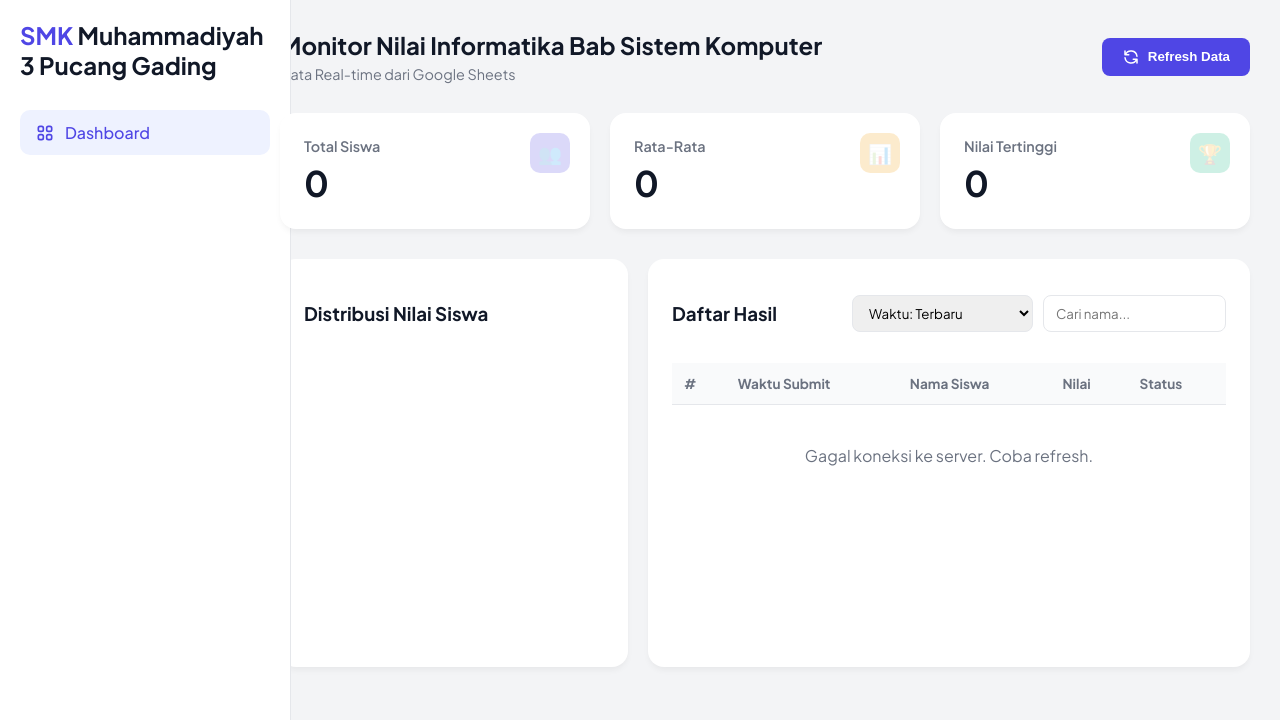
Repository: smkmutipugademak/dashboardnilaiasesmenformatif
Page: dashboard.html
The author's editor kept a copy of each file at every save. The page is drawn from the files as they stood at one save, then again after the next save.
The browser window is 1280 px wide. The pictures show the whole page.
The page's requests for data from a server got no answer.

Above is the page before, as saved 2025-12-07 08:07:18.

### dashboard.html
<!DOCTYPE html>
<html lang="id">

<head>
    <meta charset="UTF-8">
    <meta name="viewport" content="width=device-width, initial-scale=1.0">
    <title>Dashboard Monitoring Asesmen Formatif Sistem Komputer</title>

    <link href="https://fonts.googleapis.com/css2?family=Plus+Jakarta+Sans:wght@400;500;600;700&display=swap"
        rel="stylesheet">

    <script src="https://cdn.jsdelivr.net/npm/chart.js"></script>

    <link rel="stylesheet" href="dashboard.css">
</head>

<body>

    <nav class="sidebar">
        <div class="logo">
            <h2>SMK <span>Muhammadiyah 3 Pucang Gading</span></h2>
        </div>
        <div class="menu-item active">
            <svg width="20" height="20" fill="none" stroke="currentColor" viewBox="0 0 24 24">
                <path stroke-linecap="round" stroke-linejoin="round" stroke-width="2"
                    d="M4 6a2 2 0 012-2h2a2 2 0 012 2v2a2 2 0 01-2 2H6a2 2 0 01-2-2V6zM14 6a2 2 0 012-2h2a2 2 0 012 2v2a2 2 0 01-2 2h-2a2 2 0 01-2-2V6zM4 16a2 2 0 012-2h2a2 2 0 012 2v2a2 2 0 01-2 2H6a2 2 0 01-2-2v-2zM14 16a2 2 0 012-2h2a2 2 0 012 2v2a2 2 0 01-2 2h-2a2 2 0 01-2-2v-2z">
                </path>
            </svg>
            Dashboard
        </div>
    </nav>

    <main class="main-content">
        <header class="top-bar">
            <div>
                <h1>Monitor Nilai Informatika Bab Sistem Komputer</h1>
                <p class="subtitle">Data Real-time dari Google Sheets</p>
            </div>
            <button class="btn-refresh" onclick="loadData()">
                <svg width="18" height="18" fill="none" stroke="currentColor" viewBox="0 0 24 24">
                    <path stroke-linecap="round" stroke-linejoin="round" stroke-width="2"
                        d="M4 4v5h.582m15.356 2A8.001 8.001 0 004.582 9m0 0H9m11 11v-5h-.581m0 0a8.003 8.003 0 01-15.357-2m15.357 2H15">
                    </path>
                </svg>
                Refresh Data
            </button>
        </header>

        <div class="stats-container">
            <div class="card stat-card">
                <div class="stat-title">Total Siswa</div>
                <div class="stat-value" id="totalSiswa">0</div>
                <div class="stat-icon bg-blue">👥</div>
            </div>
            <div class="card stat-card">
                <div class="stat-title">Rata-Rata</div>
                <div class="stat-value" id="rataRata">0</div>
                <div class="stat-icon bg-orange">📊</div>
            </div>
            <div class="card stat-card">
                <div class="stat-title">Nilai Tertinggi</div>
                <div class="stat-value" id="nilaiTertinggi">0</div>
                <div class="stat-icon bg-green">🏆</div>
            </div>
        </div>

        <div class="content-grid">

            <div class="card chart-section">
                <h3>Distribusi Nilai Siswa</h3>
                <div class="chart-wrapper">
                    <canvas id="scoreChart"></canvas>
                </div>
            </div>

            <div class="card table-section">
                <div class="table-header">
                    <h3>Daftar Hasil </h3>
                    <div class="controls">
                        <select id="sortFilter" onchange="applySort()">
                            <option value="time_desc">Waktu: Terbaru</option>
                            <option value="time_asc">Waktu: Terlama (Awal)</option>
                            <option value="score_desc">Nilai: Tertinggi</option>
                            <option value="score_asc">Nilai: Terendah</option>
                        </select>
                        <input type="text" id="searchInput" placeholder="Cari nama..." onkeyup="applySearch()">
                    </div>
                </div>

                <div class="table-responsive">
                    <table id="resultTable">
                        <thead>
                            <tr>
                                <th>#</th>
                                <th>Waktu Submit</th>
                                <th>Nama Siswa</th>
                                <th>Nilai</th>
                                <th>Status</th>
                            </tr>
                        </thead>
                        <tbody id="tableBody">
                        </tbody>
                    </table>
                    <div id="loading" class="loading-state">Sedang memuat data...</div>
                    <div id="empty" class="empty-state" style="display:none;">Belum ada data.</div>
                </div>
            </div>
        </div>
    </main>

    <script src="dashboard.js"></script>
</body>

</html>

### dashboard.css
:root {
    --primary: #4f46e5;
    --primary-dark: #4338ca;
    --bg-body: #f3f4f6;
    --bg-card: #ffffff;
    --text-main: #111827;
    --text-muted: #6b7280;
    --border: #e5e7eb;
    --success: #10b981;
    --warning: #f59e0b;
    --danger: #ef4444;
}

body {
    font-family: 'Plus Jakarta Sans', sans-serif;
    background-color: var(--bg-body);
    color: var(--text-main);
    margin: 0;
    display: flex;
    min-height: 100vh;
}

/* Sidebar */
.sidebar {
    width: 250px;
    background: var(--bg-card);
    border-right: 1px solid var(--border);
    padding: 20px;
    display: flex;
    flex-direction: column;
    position: fixed;
    height: 100%;
}

.logo h2 {
    color: var(--primary);
    margin: 0 0 30px 0;
}

.logo span {
    color: var(--text-main);
}

.menu-item {
    padding: 12px 15px;
    border-radius: 10px;
    cursor: pointer;
    display: flex;
    align-items: center;
    gap: 10px;
    color: var(--text-muted);
    font-weight: 500;
    transition: all 0.2s;
}

.menu-item.active,
.menu-item:hover {
    background: #eef2ff;
    color: var(--primary);
}

/* Main Content */
.main-content {
    flex: 1;
    margin-left: 250px;
    padding: 30px;
}

.top-bar {
    display: flex;
    justify-content: space-between;
    align-items: center;
    margin-bottom: 30px;
}

.top-bar h1 {
    margin: 0;
    font-size: 1.5rem;
}

.subtitle {
    color: var(--text-muted);
    margin: 5px 0 0 0;
    font-size: 0.9rem;
}

.btn-refresh {
    background: var(--primary);
    color: white;
    border: none;
    padding: 10px 20px;
    border-radius: 8px;
    font-weight: 600;
    cursor: pointer;
    display: flex;
    align-items: center;
    gap: 8px;
    transition: 0.2s;
}

.btn-refresh:hover {
    background: var(--primary-dark);
}

/* Stats */
.stats-container {
    display: grid;
    grid-template-columns: repeat(auto-fit, minmax(200px, 1fr));
    gap: 20px;
    margin-bottom: 30px;
}

.card {
    background: var(--bg-card);
    border-radius: 16px;
    padding: 24px;
    box-shadow: 0 4px 6px -1px rgba(0, 0, 0, 0.05);
}

.stat-card {
    position: relative;
    overflow: hidden;
}

.stat-title {
    color: var(--text-muted);
    font-size: 0.9rem;
    font-weight: 600;
}

.stat-value {
    font-size: 2.2rem;
    font-weight: 700;
    margin-top: 5px;
    color: var(--text-main);
}

.stat-icon {
    position: absolute;
    right: 20px;
    top: 20px;
    width: 40px;
    height: 40px;
    border-radius: 10px;
    display: flex;
    align-items: center;
    justify-content: center;
    font-size: 1.2rem;
    opacity: 0.2;
}

.bg-blue {
    background: var(--primary);
    color: var(--primary);
}

.bg-orange {
    background: var(--warning);
    color: var(--warning);
}

.bg-green {
    background: var(--success);
    color: var(--success);
}

/* Grid Chart & Table */
.content-grid {
    display: grid;
    grid-template-columns: 1fr 2fr;
    /* Chart 1 bagian, Tabel 2 bagian */
    gap: 20px;
}

@media (max-width: 1000px) {
    .content-grid {
        grid-template-columns: 1fr;
    }

    .sidebar {
        display: none;
    }

    .main-content {
        margin-left: 0;
    }
}

/* Chart */
.chart-wrapper {
    position: relative;
    height: 300px;
    width: 100%;
}

/* Table */
.table-header {
    display: flex;
    justify-content: space-between;
    align-items: center;
    margin-bottom: 20px;
    flex-wrap: wrap;
    gap: 15px;
}

.controls {
    display: flex;
    gap: 10px;
}

.controls select,
.controls input {
    padding: 8px 12px;
    border: 1px solid var(--border);
    border-radius: 8px;
    font-family: inherit;
    outline: none;
}

table {
    width: 100%;
    border-collapse: collapse;
}

th {
    text-align: left;
    padding: 12px;
    color: var(--text-muted);
    font-size: 0.85rem;
    border-bottom: 1px solid var(--border);
    background: #f9fafb;
}

td {
    padding: 16px 12px;
    border-bottom: 1px solid var(--border);
    font-size: 0.95rem;
}

/* Badge Nilai */
.badge {
    padding: 4px 10px;
    border-radius: 20px;
    font-size: 0.8rem;
    font-weight: 700;
}

.badge-pass {
    background: #d1fae5;
    color: #065f46;
}

.badge-fail {
    background: #fee2e2;
    color: #991b1b;
}

.loading-state,
.empty-state {
    text-align: center;
    padding: 40px;
    color: var(--text-muted);
}

### dashboard.js
// ==========================================
// KONFIGURASI
// ==========================================
// Paste URL Google Apps Script Bapak di sini:
const API_URL = "https://script.google.com/macros/s/AKfycbwCPLNZcQ-7rjg74-pfTkrodI_srdDcAbno6ccI1kWK7CsCMqtT2Rxt4WJLOvhmm1Ol/exec";

let rawData = []; // Menyimpan data mentah dari server
let chartInstance = null; // Menyimpan instance grafik

// Saat halaman dimuat
document.addEventListener('DOMContentLoaded', () => {
    loadData();
});

// ==========================================
// FUNGSI UTAMA: LOAD DATA
// ==========================================
async function loadData() {
    const loading = document.getElementById('loading');
    const empty = document.getElementById('empty');
    const tableBody = document.getElementById('tableBody');

    // Reset UI
    tableBody.innerHTML = '';
    loading.style.display = 'block';
    empty.style.display = 'none';

    try {
        // Fetch data dengan timestamp agar tidak dicache browser
        const response = await fetch(`${API_URL}?t=${new Date().getTime()}`);
        const data = await response.json();

        loading.style.display = 'none';

        if (!data || data.length === 0) {
            empty.style.display = 'block';
            updateStats([]);
            return;
        }

        // Simpan data ke variabel global & Bersihkan format nilai
        rawData = data.map(item => {
            // Bersihkan tanda kutip pada nilai jika ada ("'80" -> 80)
            let cleanScore = parseInt(item.nilai.toString().replace(/['"]/g, ''));
            return {
                waktu: new Date(item.waktu),
                nama: item.nama,
                nilai: isNaN(cleanScore) ? 0 : cleanScore
            };
        });

        // Jalankan fungsi-fungsi render
        updateStats(rawData);
        renderChart(rawData);
        applySort(); // Ini akan memanggil renderTable juga

    } catch (error) {
        console.error("Error:", error);
        loading.innerHTML = "Gagal koneksi ke server. Coba refresh.";
    }
}

// ==========================================
// LOGIKA SORTING & FILTER
// ==========================================
function applySort() {
    const sortValue = document.getElementById('sortFilter').value;
    let sortedData = [...rawData]; // Copy array agar master data tidak rusak

    // Logika Pengurutan
    sortedData.sort((a, b) => {
        if (sortValue === 'time_desc') return b.waktu - a.waktu; // Terbaru
        if (sortValue === 'time_asc') return a.waktu - b.waktu;  // Terlama (Tercepat submit)
        if (sortValue === 'score_desc') return b.nilai - a.nilai; // Nilai Tinggi
        if (sortValue === 'score_asc') return a.nilai - b.nilai;  // Nilai Rendah
    });

    applySearch(sortedData);
}

function applySearch(dataToRender = null) {
    const query = document.getElementById('searchInput').value.toLowerCase();

    // Jika dataToRender null, berarti dipanggil langsung dari input search, ambil dari rawData yg sudah disort
    let sourceData = dataToRender || rawData;

    // Namun untuk konsistensi sorting saat search, kita panggil sort dulu
    if (!dataToRender) {
        const sortValue = document.getElementById('sortFilter').value;
        sourceData = [...rawData].sort((a, b) => {
            if (sortValue === 'time_desc') return b.waktu - a.waktu;
            if (sortValue === 'time_asc') return a.waktu - b.waktu;
            if (sortValue === 'score_desc') return b.nilai - a.nilai;
            if (sortValue === 'score_asc') return a.nilai - b.nilai;
        });
    }

    const filtered = sourceData.filter(item => item.nama.toLowerCase().includes(query));
    renderTable(filtered);
}

// ==========================================
// RENDER TABEL
// ==========================================
function renderTable(data) {
    const tableBody = document.getElementById('tableBody');
    tableBody.innerHTML = '';

    data.forEach((row, index) => {
        const tr = document.createElement('tr');

        // Format Waktu: 07 Des, 10:30
        const timeString = row.waktu.toLocaleDateString('id-ID', { day: 'numeric', month: 'short' }) +
            ', ' + row.waktu.toLocaleTimeString('id-ID', { hour: '2-digit', minute: '2-digit' });

        // Tentukan Badge
        const statusBadge = row.nilai >= 75
            ? `<span class="badge badge-pass">Lulus</span>`
            : `<span class="badge badge-fail">Remedial</span>`;

        tr.innerHTML = `
            <td>${index + 1}</td>
            <td style="color: var(--text-muted); font-size: 0.9rem;">${timeString}</td>
            <td style="font-weight: 600;">${row.nama}</td>
            <td style="font-weight: 700;">${row.nilai}</td>
            <td>${statusBadge}</td>
        `;
        tableBody.appendChild(tr);
    });
}

// ==========================================
// UPDATE STATISTIK & GRAFIK
// ==========================================
function updateStats(data) {
    const total = data.length;
    if (total === 0) return;

    // Hitung rata-rata
    const sum = data.reduce((acc, curr) => acc + curr.nilai, 0);
    const avg = Math.round(sum / total);

    // Cari nilai tertinggi
    const max = Math.max(...data.map(item => item.nilai));

    // Update UI
    document.getElementById('totalSiswa').innerText = total;
    document.getElementById('rataRata').innerText = avg;
    document.getElementById('nilaiTertinggi').innerText = max;
}

function renderChart(data) {
    const ctx = document.getElementById('scoreChart').getContext('2d');

    // Kategorikan Nilai (Range)
    let rangeA = 0; // 85 - 100
    let rangeB = 0; // 70 - 84
    let rangeC = 0; // < 70

    data.forEach(item => {
        if (item.nilai >= 85) rangeA++;
        else if (item.nilai >= 70) rangeB++;
        else rangeC++;
    });

    // Hapus chart lama jika ada (untuk refresh)
    if (chartInstance) chartInstance.destroy();

    // Buat Chart Baru
    chartInstance = new Chart(ctx, {
        type: 'doughnut', // Tipe Chart: Pie/Doughnut
        data: {
            labels: ['Sangat Baik (>85)', 'Baik (70-84)', 'Perlu Bimbingan (<70)'],
            datasets: [{
                data: [rangeA, rangeB, rangeC],
                backgroundColor: [
                    '#10b981', // Hijau
                    '#f59e0b', // Orange
                    '#ef4444'  // Merah
                ],
                borderWidth: 0
            }]
        },
        options: {
            responsive: true,
            maintainAspectRatio: false,
            plugins: {
                legend: {
                    position: 'bottom',
                    labels: { usePointStyle: true, padding: 20 }
                }
            }
        }
    });
}

After the next save:
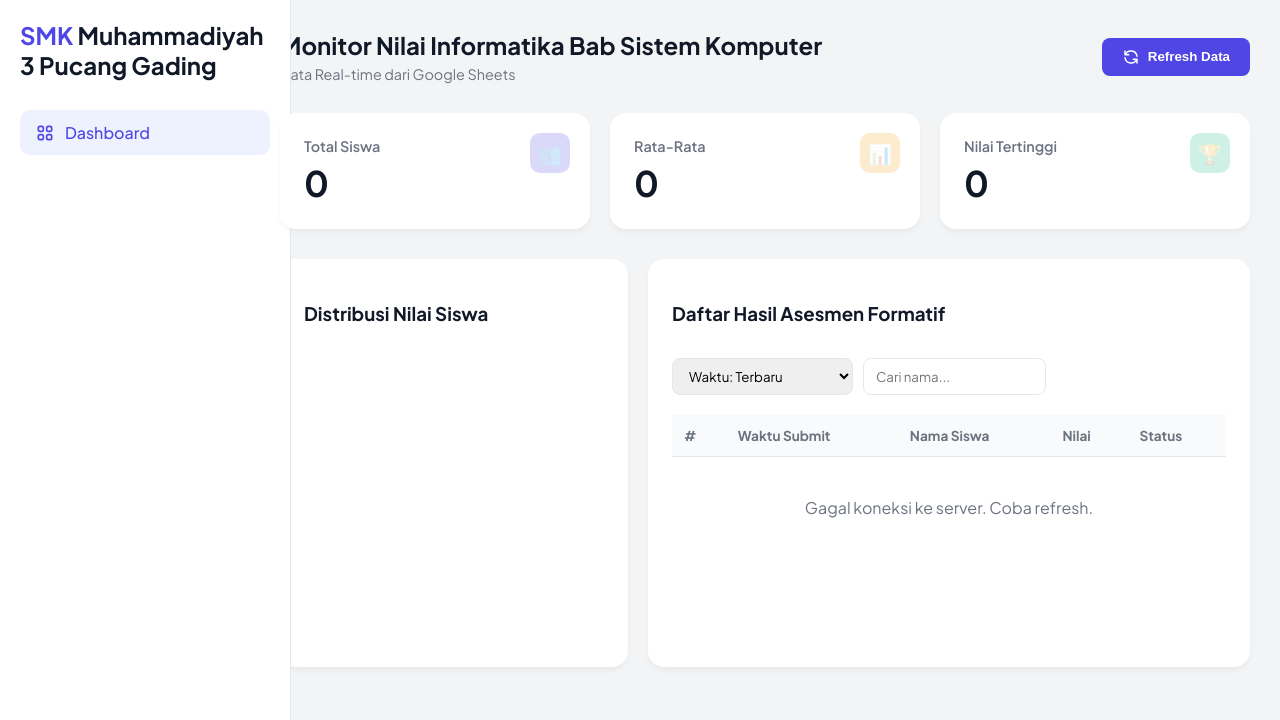
Saved 8 s later.
--- a/dashboard.html
+++ b/dashboard.html
@@ -75,7 +75,7 @@
 
             <div class="card table-section">
                 <div class="table-header">
-                    <h3>Daftar Hasil </h3>
+                    <h3>Daftar Hasil Asesmen Formatif</h3>
                     <div class="controls">
                         <select id="sortFilter" onchange="applySort()">
                             <option value="time_desc">Waktu: Terbaru</option>
